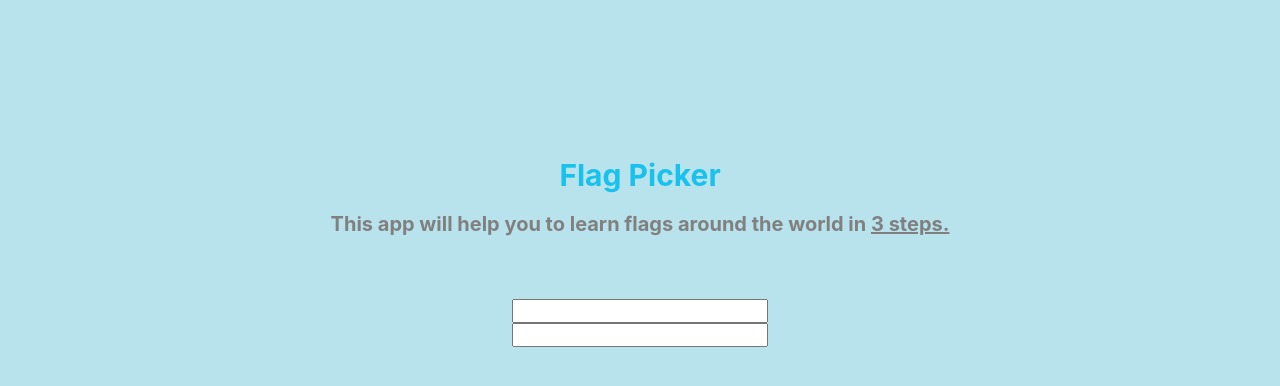
Repository: paras-shah/flag-app
Page: /
These files come from the project's save history. The page is drawn as it stood at one moment and after the next save; the edit follows.
The browser window is 1280 px wide. The pictures show the whole page.
The project was rebuilt for these pictures with package versions that can differ from the ones it lists, and the page was loaded fresh each time.

Above is the page before, as saved 2020-02-11 21:43:02.

### public/index.html
<!DOCTYPE html>
<html lang="en">
  <head>
    <meta charset="utf-8" />
    <link rel="icon" href="%PUBLIC_URL%/favicon.ico" />
    <meta name="viewport" content="width=device-width, initial-scale=1" />
    <meta name="theme-color" content="#000000" />
    <meta
      name="description"
      content="Web site created using create-react-app"
    />
    <link rel="apple-touch-icon" href="%PUBLIC_URL%/logo192.png" />
    <link href="https://fonts.googleapis.com/css?family=Roboto&display=swap" rel="stylesheet">
    <!--
      manifest.json provides metadata used when your web app is installed on a
      user's mobile device or desktop. See https://developers.google.com/web/fundamentals/web-app-manifest/
    -->
    <link rel="manifest" href="%PUBLIC_URL%/manifest.json" />
    <!--
      Notice the use of %PUBLIC_URL% in the tags above.
      It will be replaced with the URL of the `public` folder during the build.
      Only files inside the `public` folder can be referenced from the HTML.

      Unlike "/favicon.ico" or "favicon.ico", "%PUBLIC_URL%/favicon.ico" will
      work correctly both with client-side routing and a non-root public URL.
      Learn how to configure a non-root public URL by running `npm run build`.
    -->
    <title>Flag App</title>
  </head>
  <body>
    <noscript>You need to enable JavaScript to run this app.</noscript>
    <div id="root"></div>
    <!--
      This HTML file is a template.
      If you open it directly in the browser, you will see an empty page.

      You can add webfonts, meta tags, or analytics to this file.
      The build step will place the bundled scripts into the <body> tag.

      To begin the development, run `npm start` or `yarn start`.
      To create a production bundle, use `npm run build` or `yarn build`.
    -->
  </body>
</html>

### src/index.js
import React from 'react';
import ReactDOM from 'react-dom';

import './style/normalize.css';
import './style/index.css';

import App from './App';

ReactDOM.render(<App />, document.getElementById('root'));

### src/style/index.css

body {
  margin: 0;
  font-family: -apple-system, BlinkMacSystemFont, 'Segoe UI', 'Roboto', 'Oxygen',
    'Ubuntu', 'Cantarell', 'Fira Sans', 'Droid Sans', 'Helvetica Neue',
    sans-serif;
  -webkit-font-smoothing: antialiased;
  -moz-osx-font-smoothing: grayscale;
  background-color: rgb(184, 226, 236);
}

.app-main{
  margin: 10% auto;
  padding: 10px;
  text-align: center;
}

.mainText{
  font-size: 30px;
}

h1.mainText{
  color: rgb(25, 194, 236);
}

.subText{
  font-size: 20px;
  color: grey;
}

h2 span {
  text-decoration: underline;
}

.app-content{
  margin: 5%;
}

.app-content .column:{
  width: 33%;
  padding: 2%;
}

### src/App.js
import React from 'react';

// Components
import Search from "./components/Search";

// Config
import COPY from "./config/copy";
import data from "./config/continents.json";


class App extends React.Component {
  constructor(props) {
    super(props);

    this.state = {
      flagData: null,
      selectedContinent: null,
      selectedCountry: [],
    }
  }

  componentDidMount() {
    this.setState({ flagData: data });
  }


  render() {
    return (
      <main className="app-main">
        <header className="app-header">
          <h1 className="mainText">{COPY.HEADER_TEXT}</h1>
          <h2 className="subText">{COPY.HEADER_SUBTEXT} <span> {COPY.HEADER_SUBTEXT_TWO} </span></h2>
        </header>

        <div className="app-content">
          {/* Continent */}
          <section className="column">
            <Search />
          </section>

          {/* Country */}
          <section className="column">
            <Search />
          </section>

          {/* Flag Column */}
          <section className="column">

          </section>

        </div>
      </main>
    );
  }
}

export default App;

### src/components/Search.js
import React from "react";

class Search extends React.Component {
    constructor(props) {
        super(props);

        this.state = {
            textValue: '',
            allValues: props.possibleValues,
            possibleValuesBasedOnText: props.possibleValues,
            type: props.type,
            selectedValue: props.selectType === "Multi"? []: ''
        }

        this.onTextChange = this.onTextChange.bind(this);
    }

    onTextChange = (event) => {
        this.setState({ value: event.target.value });
    }


    render() {
        return <input type="text" value={this.state.value}
        onChange={this.onTextChange} />
    }
}

export default Search;

### src/config/copy.js
export default {
    HEADER_TEXT : "Flag Picker",
    HEADER_SUBTEXT : "This app will help you to learn flags around the world in",
    HEADER_SUBTEXT_TWO : "3 steps.",
};

### src/config/continents.json
[
	{
		"continent": "Africa",
		"countries": [
			{
				"name": "Nigeria",
				"flag": "🇳🇬"
			},
			{
				"name": "Ethiopia",
				"flag": "🇪🇹"
			},
			{
				"name": "Egypt",
				"flag": "🇪🇬"
			},
			{
				"name": "DR Congo",
				"flag": "🇨🇩"
			},
			{
				"name": "South Africa",
				"flag": "🇿🇦"
			}
		]
	},
	{
		"continent": "America",
		"countries": [
			{
				"name": "USA",
				"flag": "🇺🇸"
			},
			{
				"name": "Brazil",
				"flag": "🇧🇷"
			},
			{
				"name": "Mexico",
				"flag": "🇲🇽"
			},
			{
				"name": "Colombia",
				"flag": "🇨🇴"
			},
			{
				"name": "Argentina",
				"flag": "🇦🇷"
			}
		]
	},
	{
		"continent": "Asia",
		"countries": [
			{
				"name": "China",
				"flag": "🇨🇳"
			},
			{
				"name": "India",
				"flag": "🇮🇳"
			},
			{
				"name": "Indonesia",
				"flag": "🇮🇩"
			},
			{
				"name": "Pakistan",
				"flag": "🇵🇰"
			},
			{
				"name": "Bangladesh",
				"flag": "🇧🇩"
			}
		]
	},
	{
		"continent": "Europe",
		"countries": [
			{
				"name": "Russia",
				"flag": "🇷🇺"
			},
			{
				"name": "Germany",
				"flag": "🇩🇪"
			},
			{
				"name": "UK",
				"flag": "🇬🇧"
			},
			{
				"name": "France",
				"flag": "🇫🇷"
			},
			{
				"name": "Italy",
				"flag": "🇮🇹"
			}
		]
	},
	{
		"continent": "Oceania",
		"countries": [
			{
				"name": "Australia",
				"flag": "🇦🇺"
			},
			{
				"name": "Papua New Guinea",
				"flag": "🇵🇬"
			},
			{
				"name": "New Zealand",
				"flag": "🇳🇿"
			},
			{
				"name": "Fiji",
				"flag": "🇫🇯"
			},
			{
				"name": "Solomon Islands",
				"flag": "🇸🇧"
			}
		]
	}
]

Loaded but not shown: src/style/normalize.css (library)

After the next save:
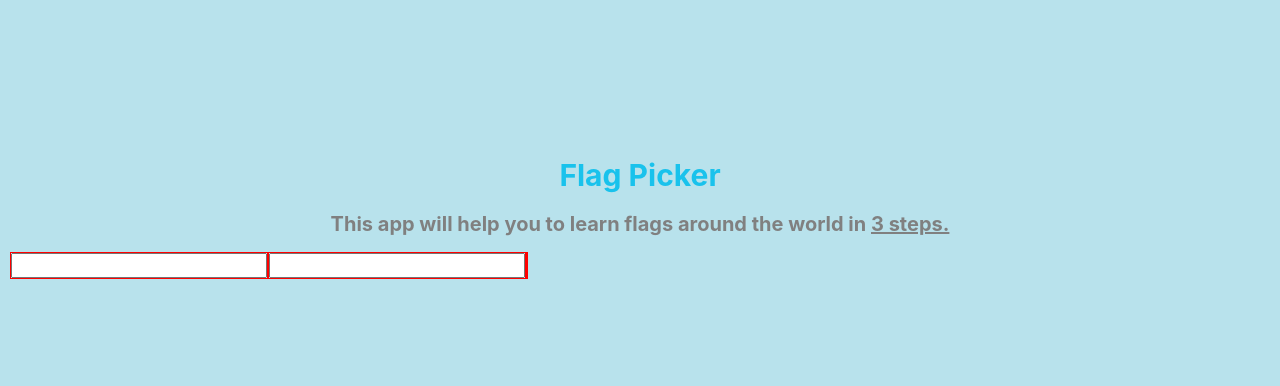
Saved 103 s later.
--- a/src/style/index.css
+++ b/src/style/index.css
@@ -33,10 +33,11 @@ h2 span {
 }
 
 .app-content{
-  margin: 5%;
+  display: flex;
+  flex-direction: row;
+  justify-content: stretch;
 }
 
-.app-content .column:{
-  width: 33%;
-  padding: 2%;
+.app-content .column{
+  border:solid 1px red;
 }
